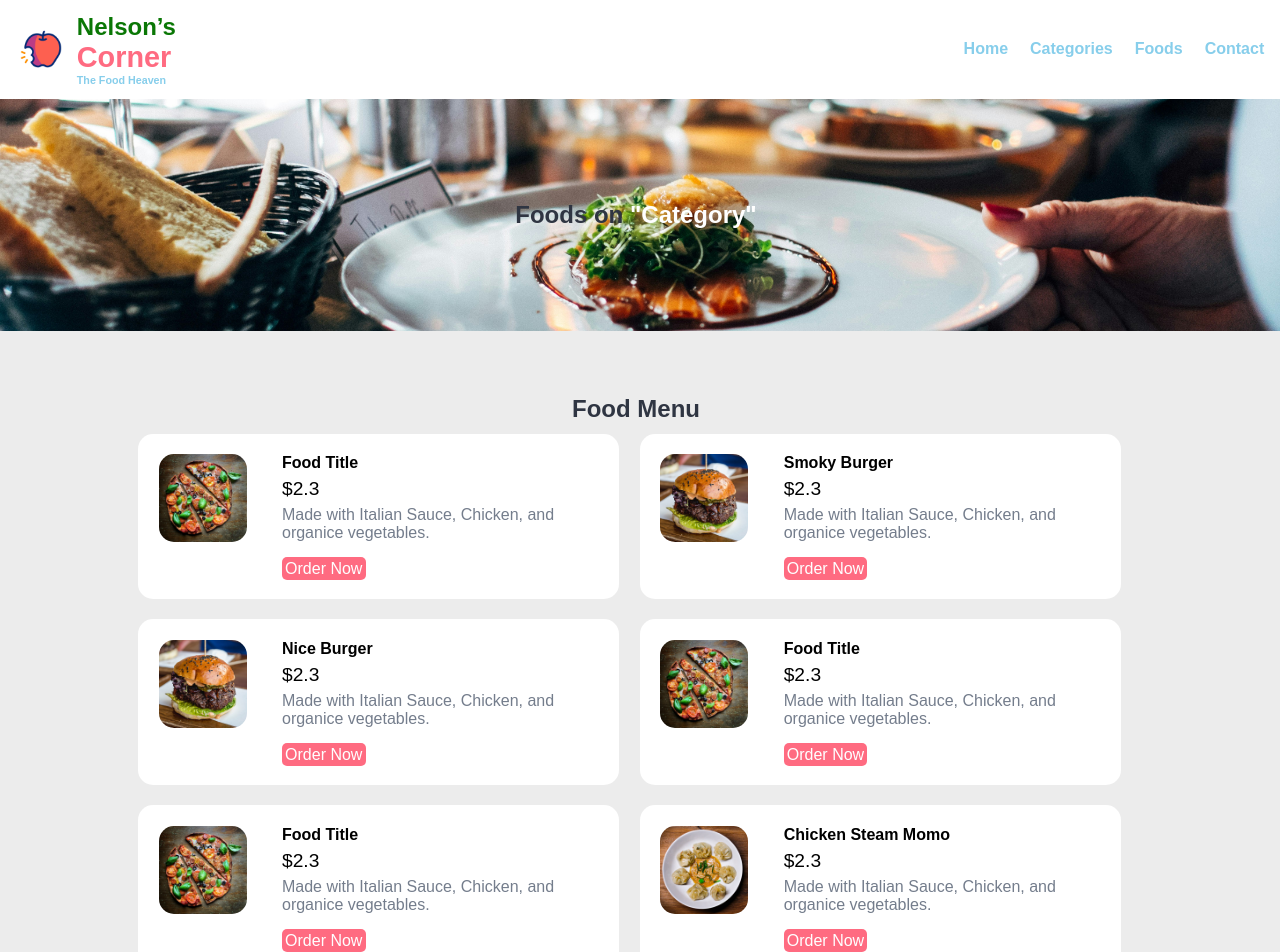
Repository: Saviour-Dagadu/Naamilli
Page: category-foods.html
These files come from the project's save history. The page is drawn as it stood at one moment and after the next save; the edit follows.
The browser window is 1280 px wide. The pictures show the part of the page from y = 0 to 952 px (the page is 1722 px tall before and 1715 px after).
A picture or video elsewhere on the page could not be fetched, so the positions and the page height are approximate.

Above is the page before, as saved 2024-12-03 14:56:44.

### category-foods.html
<!DOCTYPE html>
<html lang="en">
<head>
    <meta charset="UTF-8">
    <!-- Important to make website responsive -->
    <meta name="viewport" content="width=device-width, initial-scale=1.0">
    <title>Restaurant Website</title>

    <!-- Link our CSS file -->
    <link rel="stylesheet" href="css/style.css">
</head>

<body>
    <!-- Navbar Section Starts Here -->
    <section class="navbar" style="display: flex; align-items: center; justify-content: space-between;">
        <div class="container" style="display: flex; width: 100%; justify-content: space-between; align-items: center;">
            <div class="logo" style="display: flex; align-items: center;">
                <a href="index.html" title="Logo" style="display: flex; align-items: center;">
                    <img src="images/apple.gif" alt="" style="
                        width: 3.5rem; /* Adjust size to be similar to nav image */
                        height: 3.5rem; /* Adjust size to be similar to nav image */
                        margin-right: 0.5rem;">
                    <div>
                        <h2 style="margin: 0;">Nelson’s <span>Corner</span></h2>
                        <h6 style="margin: 0;"><span>The Food Heaven</span></h6>
                    </div>
                </a>
            </div>

            <div class="menu text-right">
                <ul style="list-style: none; margin: 0; padding: 0; display: flex; justify-content: flex-end;">
                    <li style="margin-left: 1rem;">
                        <a href="index.html">Home</a>
                    </li>
                    <li style="margin-left: 1rem;">
                        <a href="categories.html">Categories</a>
                    </li>
                    <li style="margin-left: 1rem;">
                        <a href="foods.html">Foods</a>
                    </li>
                    <li style="margin-left: 1rem;">
                        <a href="contact.html">Contact</a>
                    </li>
                </ul>
            </div>
        </div>

        <div class="clearfix"></div>
    </section>
    <!-- Navbar Section Ends Here -->

    <!-- fOOD sEARCH Section Starts Here -->
    <section class="food-search text-center">
        <div class="container">

            <h2>Foods on <a href="#" class="text-white">"Category"</a></h2>

        </div>
    </section>
    <!-- fOOD sEARCH Section Ends Here -->



    <!-- fOOD MEnu Section Starts Here -->
    <section class="food-menu">
        <div class="container">
            <h2 class="text-center">Food Menu</h2>

            <div class="food-menu-box">
                <div class="food-menu-img">
                    <img src="images/menu-pizza.jpg" alt="Chicke Hawain Pizza" class="img-responsive img-curve">
                </div>

                <div class="food-menu-desc">
                    <h4>Food Title</h4>
                    <p class="food-price">$2.3</p>
                    <p class="food-detail">
                        Made with Italian Sauce, Chicken, and organice vegetables.
                    </p>
                    <br>

                    <a href="order.html" class="btn btn-primary">Order Now</a>
                </div>
            </div>

            <div class="food-menu-box">
                <div class="food-menu-img">
                    <img src="images/menu-burger.jpg" alt="Chicke Hawain Pizza" class="img-responsive img-curve">
                </div>

                <div class="food-menu-desc">
                    <h4>Smoky Burger</h4>
                    <p class="food-price">$2.3</p>
                    <p class="food-detail">
                        Made with Italian Sauce, Chicken, and organice vegetables.
                    </p>
                    <br>

                    <a href="order.html" class="btn btn-primary">Order Now</a>
                </div>
            </div>

            <div class="food-menu-box">
                <div class="food-menu-img">
                    <img src="images/menu-burger.jpg" alt="Chicke Hawain Burger" class="img-responsive img-curve">
                </div>

                <div class="food-menu-desc">
                    <h4>Nice Burger</h4>
                    <p class="food-price">$2.3</p>
                    <p class="food-detail">
                        Made with Italian Sauce, Chicken, and organice vegetables.
                    </p>
                    <br>

                    <a href="order.html" class="btn btn-primary">Order Now</a>
                </div>
            </div>

            <div class="food-menu-box">
                <div class="food-menu-img">
                    <img src="images/menu-pizza.jpg" alt="Chicke Hawain Pizza" class="img-responsive img-curve">
                </div>

                <div class="food-menu-desc">
                    <h4>Food Title</h4>
                    <p class="food-price">$2.3</p>
                    <p class="food-detail">
                        Made with Italian Sauce, Chicken, and organice vegetables.
                    </p>
                    <br>

                    <a href="order.html" class="btn btn-primary">Order Now</a>
                </div>
            </div>

            <div class="food-menu-box">
                <div class="food-menu-img">
                    <img src="images/menu-pizza.jpg" alt="Chicke Hawain Pizza" class="img-responsive img-curve">
                </div>

                <div class="food-menu-desc">
                    <h4>Food Title</h4>
                    <p class="food-price">$2.3</p>
                    <p class="food-detail">
                        Made with Italian Sauce, Chicken, and organice vegetables.
                    </p>
                    <br>

                    <a href="order.html" class="btn btn-primary">Order Now</a>
                </div>
            </div>

            <div class="food-menu-box">
                <div class="food-menu-img">
                    <img src="images/menu-momo.jpg" alt="Chicke Hawain Momo" class="img-responsive img-curve">
                </div>

                <div class="food-menu-desc">
                    <h4>Chicken Steam Momo</h4>
                    <p class="food-price">$2.3</p>
                    <p class="food-detail">
                        Made with Italian Sauce, Chicken, and organice vegetables.
                    </p>
                    <br>

                    <a href="order.html" class="btn btn-primary">Order Now</a>
                </div>
            </div>


            <div class="clearfix"></div>



        </div>

    </section>
    <!-- fOOD Menu Section Ends Here -->

    <!-- social Section Starts Here -->
<section class="social">
	<div class="container text-center">
		<ul>
			<li>
				<a href="https://www.facebook.com/saviou/"><img src="https://img.icons8.com/fluent/50/000000/facebook-new.png"/></a>
			</li>
			<li>
				<a href="https://www.instagram.com/saviour_dagadu/"><img src="https://img.icons8.com/fluent/48/000000/instagram-new.png"/></a>
			</li>
			<li>
				<a href="https://twitter.com/savicode"><img src="https://img.icons8.com/fluent/48/000000/twitter.png"/></a>
			</li>
		</ul>
	</div>
</section>
<!-- social Section Ends Here -->

<!-- footer Section Starts Here -->
<section class="footer">
	<div class="container text-center">
		<p>All rights reserved. Designed By <a href="https://saviourdagadu.netlify.app/">@savicode</a></p>
	</div>
</section>
<!-- footer Section Ends Here -->

</body>
</html>

### css/style.css
/*
    Author: Vijay Thapa;
    Theme: Restaurant Food Order;
    version: 1.0;
*/

/* CSS for All */
*{
    margin: 0 0;
    padding: 0 0;
    font-family: Arial, Helvetica, sans-serif;
}
.container{
    width: 80%;
    margin: 0 auto;
    padding: 1%;
}
.img-responsive{
    width: 100%;
}
.img-curve{
    border-radius: 15px;
}

.text-right{
    text-align: right;
}
.text-center{
    text-align: center;
}
.text-left{
    text-align: left;
}
.text-white{
    color: white;
}

.clearfix{
    clear: both;
    float: none;
}

a{
    color: skyblue;
    text-decoration: none;
}
a:hover{
    color: #ff6b81;
}

.btn{
    padding: 1%;
    border: none;
    font-size: 1rem;
    border-radius: 5px;
}
.btn-primary{
    background-color: #ff6b81;
    color: white;
    cursor: pointer;
}
.btn-primary:hover{
    color: white;
    background-color: #ff4757;
}
h2{
    color: #2f3542;
    font-size: 2rem;
    margin-bottom: 2%;
}
h3{
    font-size: 1.5rem;
}
.float-container{
    position: relative;
}
.float-text{
    position: absolute;
    bottom: 50px;
    left: 40%;
}
fieldset{
    border: 1px solid white;
    margin: 5%;
    padding: 3%;
    border-radius: 5px;
}


/* CSSS for navbar section */

.logo{
    width: 10%;
    float: left;
}
.logo h2{
    color: rgb(10, 119, 5);
}
.logo h2:hover{
    color: rgb(10, 119, 5);
    font-style: italic;
}
.logo h2 span{
    color: #ff6b81;
    font-size: larger;
    font-weight:bolder;
}
.logo h2 span:hover{
    color: #ff4757;
    font-size: larger;
    font-weight:bolder;
}
.menu{
    line-height: 60px;
}
.menu ul{
    list-style-type: none;
}

.menu ul li{
    display: inline;
    padding: 1%;
    font-weight: bold;
}


/* CSS for Food SEarch Section */

.food-search{
    background-image: url(../images/jay-wennington-N_Y88TWmGwA-unsplash.jpg);
    background-size: cover;
    background-repeat: no-repeat;
    background-position: center;
    padding: 7% 0;
}

.food-search input[type="search"]{
    width: 50%;
    padding: 1%;
    font-size: 1rem;
    border: none;
    border-radius: 5px;
}


/* CSS for Categories */
.categories{
    padding: 4% 0;
}

.box-3{
    width: 28%;
    float: left;
    margin: 2%;
}


/* CSS for Food Menu */
.food-menu{
    background-color: #ececec;
    padding: 4% 0;
}
.food-menu-box{
    width: 43%;
    margin: 1%;
    padding: 2%;
    float: left;
    background-color: white;
    border-radius: 15px;
}

.food-menu-img{
    width: 20%;
    float: left;
}

.food-menu-desc{
    width: 70%;
    float: left;
    margin-left: 8%;
}

.food-price{
    font-size: 1.2rem;
    margin: 2% 0;
}
.food-detail{
    font-size: 1rem;
    color: #747d8c;
}


/* CSS for Social */
.social ul{
    list-style-type: none;
}
.social ul li{
    display: inline;
    padding: 1%;
}

/* for Order Section */
.order{
    width: 50%;
    margin: 0 auto;
}
.input-responsive{
    width: 96%;
    padding: 1%;
    margin-bottom: 3%;
    border: none;
    border-radius: 5px;
    font-size: 1rem;
}
.order-label{
    margin-bottom: 1%;
    font-weight: bold;
}

/* Contact Section*/

#info{
    padding: 30px 0;
}

#info .container{
     display: flex;
}

#info .info{
    width: 28%;
    height: 300px;
    border-radius: 10px;
    overflow: hidden;

}

#info .info-text{
    border: 1px solid lightgray;
    padding: 10px;
}

#info .info-text h4{
    margin: 5px;
}

#info .info-text .info-text-call{
    margin-bottom: 20px;
}

#info .info-image{
margin-right: 10px;
overflow: hidden;
box-shadow: 0 0 5px #333;
transform: scale (1.04);
transition: all .4s ease-in-out;
}

#info .info-image:hover{
transform: translateY(-15px) scale(1.1);
box-shadow: 0 0 10px #333;
}
#info .info-image img{
max-width: 100%;
height: auto
}

#info .info-image:hover .info-image img{
opacity: 1;
}

       /* message Section */
#message{
    padding: 30px 0;
    background-color: lightgray;
}

#message .message-top{
    text-align: center;
    margin-bottom: 20px;
}

#message .message-top h3{
    text-transform: uppercase;
    margin: 0;
}

#message .message-top h3::after{
    content: "";
    display: block;
    width: 50px;
    height: 3px;
    background-color: gray;
    margin: 10px auto 0;
}

#message .message-bottom{
    color: black;
}

#message .message-bottom label{
    display: block;
    font-size: 17px;
    font-weight: 500;
    margin-bottom: 5px;
}

#message .message-bottom .form-group{
    margin-bottom: 10px;
}

#message .message-bottom .input{
    display: block;
    height: 40px;
    border-radius: 5px;
    border: 1px solid brown;
    padding-left: 10px;
    padding-right: 10px;
    width: 100%;
    font-size: 15px;
    font-family: 'Segoe UI', Tahoma, Geneva, Verdana, Sans-serif;
}

#message .message-bottom input,
#message .message-bottom textarea,
#message .message-bottom button{
    outline: none;
}

#message  textarea{
    width: 100%;
    height: 200px;
    border-radius: 5px;
    border: 1px solid brown;
    background-color: white;
    padding: 5px 10px;
    font: 15px 'Segoe UI', Tahoma, Geneva, Verdana, Sans-serif;
}

.navbar-brand {
    display: flex;
    align-items: center; /* Align items horizontally in the center */
    text-decoration: none; /* Removes default underline from the link */
    color: #333; /* Adjust text color as needed */
    /* background-image: url('../images/apple.gif'); Replace with the path to your image */
    background-size: cover;                          /* Ensures the image covers the entire div */
    background-position: center;                     /* Centers the image within the div */
    background-repeat: no-repeat;
}
.navbar-brand h2 {
    margin: 0;               /* Removes default margin */
    font-size: 2.5rem;
}

.navbar-brand h2 span{
    color: skyblue;
}

.navbar-brand i {
    display: block;          /* Ensures the i element is on a new line */
    margin: 0;               /* Removes default margin */
    font-size: 0.8rem;       /* Makes the text smaller */
    color: black;
}

.logo-img {
    width: 3.5rem; /* Adjust size as needed */
    height: 3.5rem; /* Adjust size as needed */
    margin-right: 0.5rem; /* Space between image and text */
}

.text-content {
    display: flex;
    flex-direction: column; /* Stack text elements vertically */
    justify-content: center; /* Center text vertically within container */
}

h2 {
    margin: 0; /* Remove default margin */
    font-size: 1.5rem; /* Adjust font size as needed */
    font-weight: bold;
    margin-right: 0.5rem; /* Space between h2 and h6 */
}



/* #message .message-bottom .btn{
    padding: 10px 20px;
    background-color: brown;
    text-transform: uppercase;
    font: 15px 'Segoe UI', Tahoma, Geneva, Verdana, Sans-serif;
    border: none;
    border-radius: 5px;
    font-weight: 500;
    color: #fff;
    cursor: pointer;
} */


/* CSS for Mobile Size or Smaller Screen */

@media only screen and (max-width:768px){
    .logo{
        width: 80%;
        float: none;
        margin: 1% auto;
    }

    .menu ul{
        text-align: center;
    }

    .food-search input[type="search"]{
        width: 90%;
        padding: 2%;
        margin-bottom: 3%;
    }

    .btn{
        width: 91%;
        padding: 2%;
    }

    .food-search{
        padding: 10% 0;
    }

    .categories{
        padding: 20% 0;
    }
    h2{
        margin-bottom: 10%;
    }
    .box-3{
        width: 100%;
        margin: 4% auto;
    }

    .food-menu{
        padding: 20% 0;
    }

    .food-menu-box{
        width: 90%;
        padding: 5%;
        margin-bottom: 5%;
    }
    .social{
        padding: 5% 0;
    }
    .order{
        width: 100%;
    }
}

After the next save:
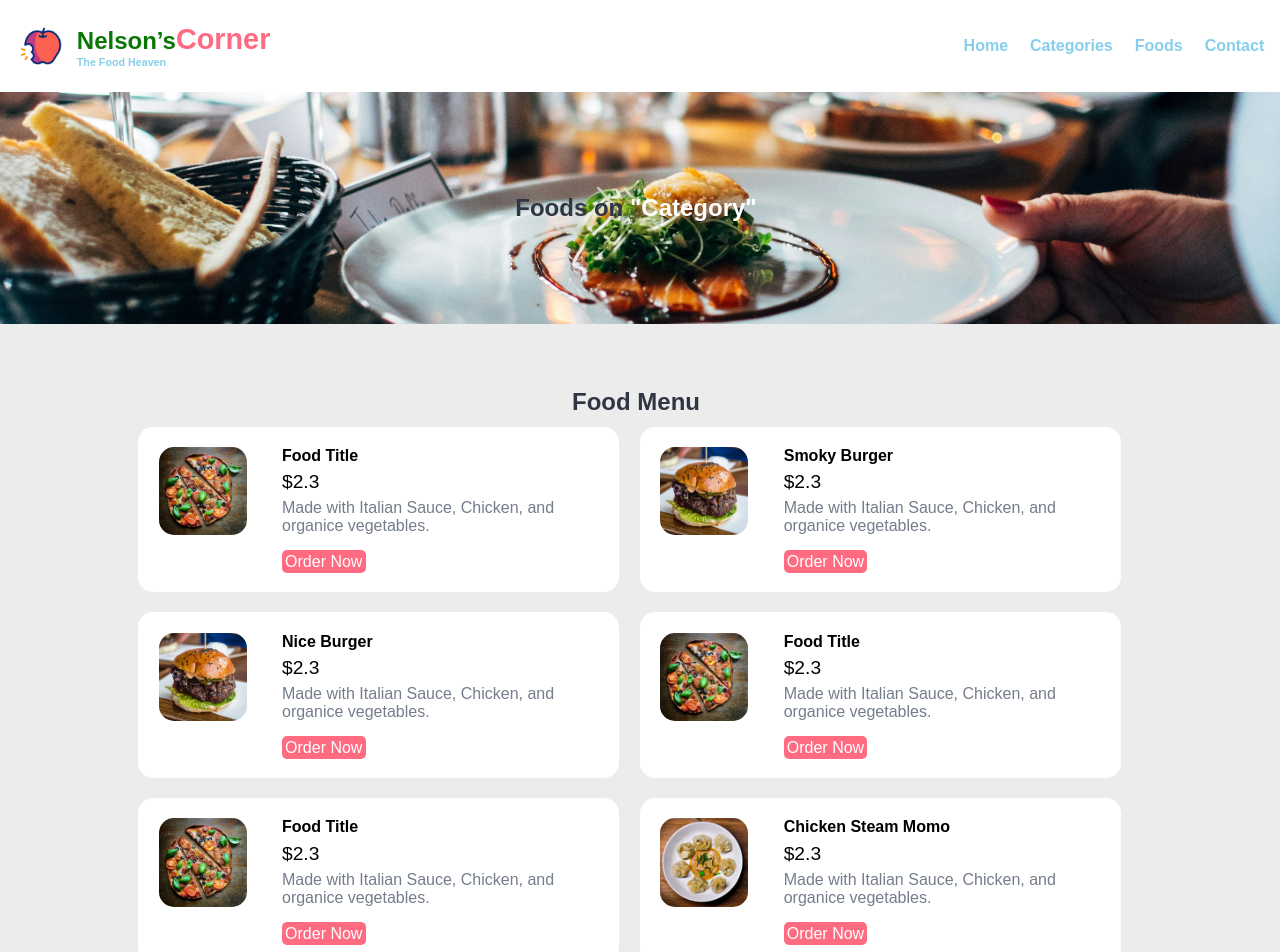
Saved 9 s later.
--- a/category-foods.html
+++ b/category-foods.html
@@ -21,7 +21,7 @@
                         height: 3.5rem; /* Adjust size to be similar to nav image */
                         margin-right: 0.5rem;">
                     <div>
-                        <h2 style="margin: 0;">Nelson’s <span>Corner</span></h2>
+                        <h2 style="margin: 0;">Nelson’s<span>Corner</span></h2>
                         <h6 style="margin: 0;"><span>The Food Heaven</span></h6>
                     </div>
                 </a>
